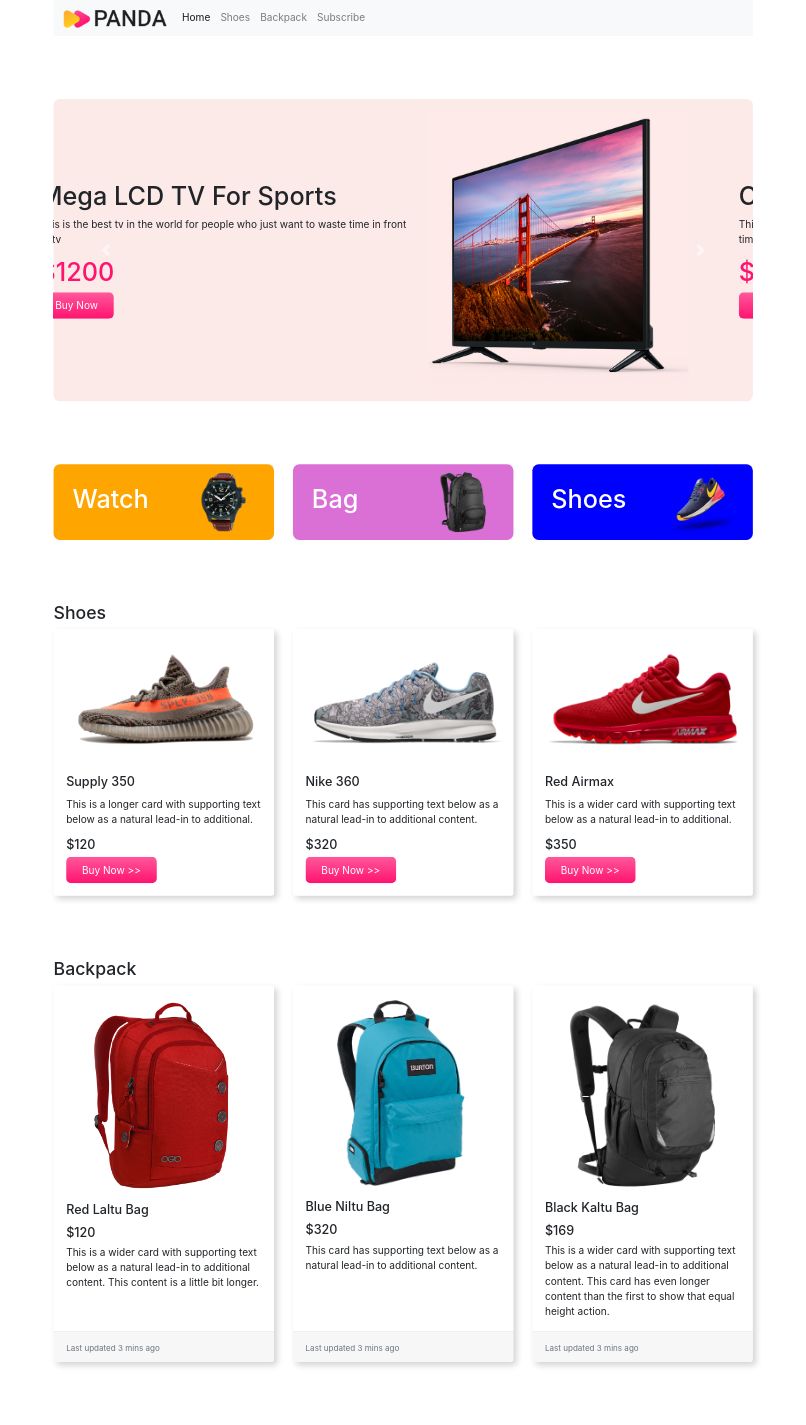
Repository: mohsinfarabi/panda-commerce
Page: index.html
An editor plug-in stored every save of this project. The page is shown before and after the next save, followed by the edit.
The browser window is 1280 px wide. The pictures show the whole page, at 63% of full size.

Above is the page before, as saved 2020-07-07 03:18:45.

After the next save:
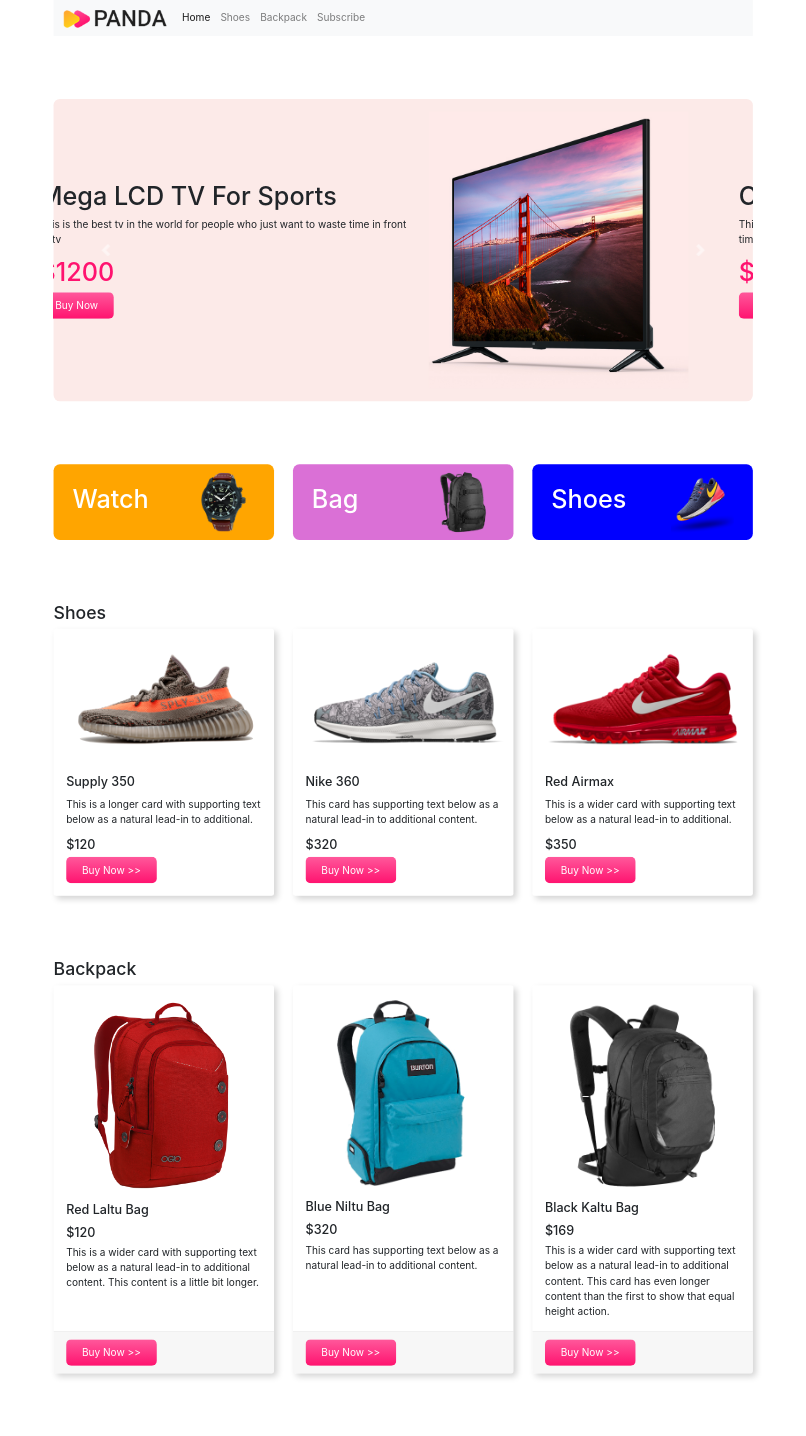
Saved 71 s later.
--- a/index.html
+++ b/index.html
@@ -155,7 +155,7 @@
                     <p class="card-text">This is a wider card with supporting text below as a natural lead-in to additional content. This content is a little bit longer.</p>
                 </div>
                 <div class="card-footer">
-                    <small class="text-muted">Last updated 3 mins ago</small>
+                    <button class="buy-now-button">Buy Now >></button>
                 </div>
             </div>
             <div class="card">
@@ -166,7 +166,7 @@
                     <p class="card-text">This card has supporting text below as a natural lead-in to additional content.</p>
                 </div>
                 <div class="card-footer">
-                    <small class="text-muted">Last updated 3 mins ago</small>
+                    <button class="buy-now-button">Buy Now >></button>
                 </div>
             </div>
             <div class="card">
@@ -177,7 +177,7 @@
                     <p class="card-text">This is a wider card with supporting text below as a natural lead-in to additional content. This card has even longer content than the first to show that equal height action.</p>
                 </div>
                 <div class="card-footer">
-                    <small class="text-muted">Last updated 3 mins ago</small>
+                    <button class="buy-now-button">Buy Now >></button>
                 </div>
             </div>
         </div>
